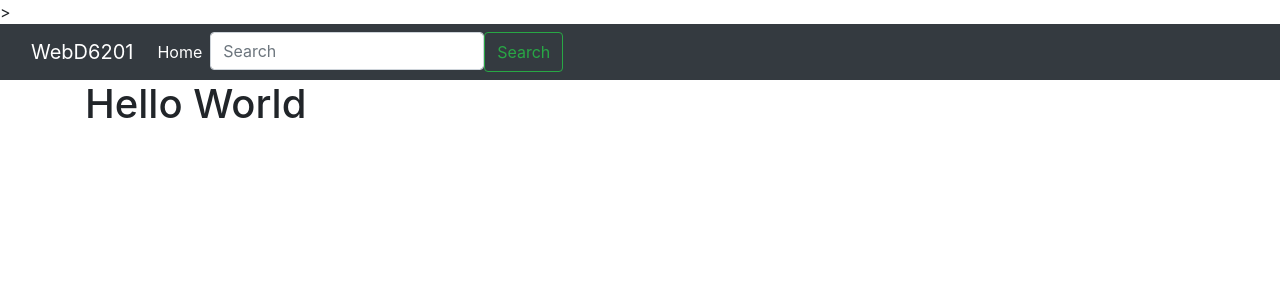
Repository: CKM206/WEBD6201-W2021-Week1
Page: index.html
An editor plug-in stored every save of this project. The page is shown before and after the next save, followed by the edit.
The browser window is 1280 px wide. The pictures show the whole page.

Above is the page before, as saved 2021-01-14 09:20:31.

After the next save:
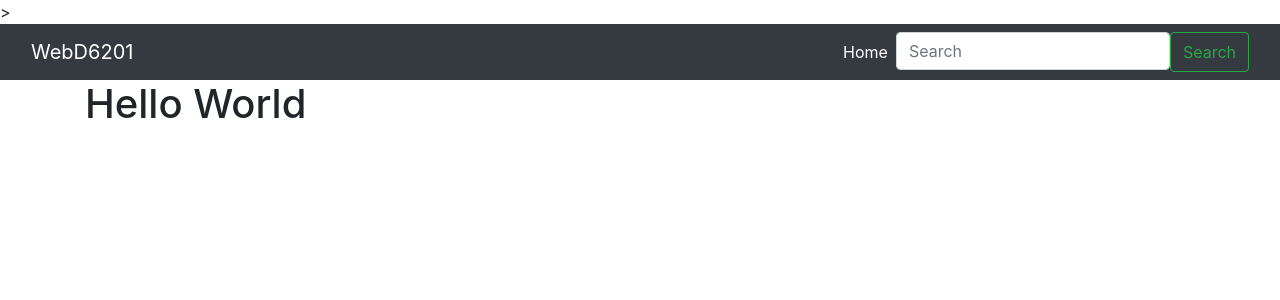
Saved 5 s later.
--- a/index.html
+++ b/index.html
@@ -23,7 +23,7 @@
                 <span class="navbar-toggler-icon"></span>
               </button>
               <div class="collapse navbar-collapse" id="navbarSupportedContent">
-                <ul class="navbar-nav m1-auto mb-2 mb-lg-0">
+                <ul class="navbar-nav ml-auto mb-2 mb-lg-0">
                   <li class="nav-item">
                     <a class="nav-link active" aria-current="page" href="#">Home</a>
                   </li>
